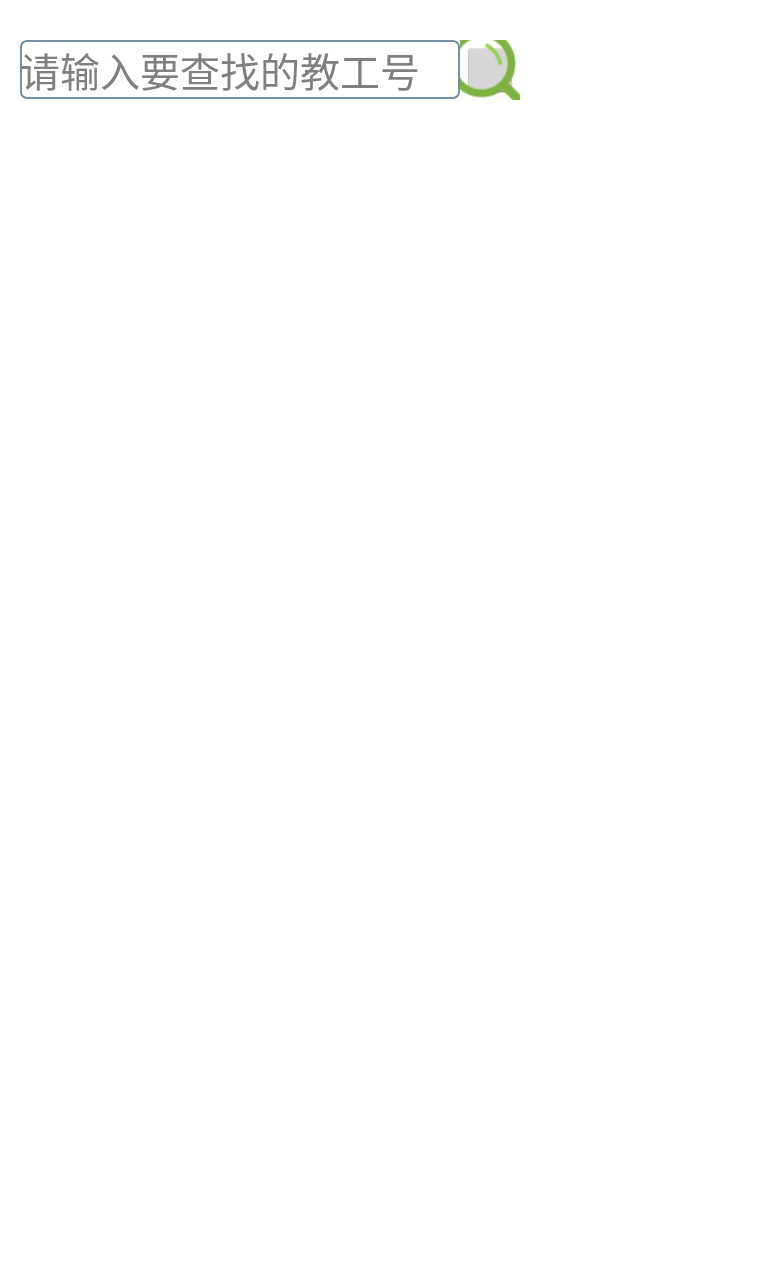
Repository: 15862175370/MyProject
Layout: 毕业设计系统源码_李伟/client/TeachSystem/res/layout/serchteacher.xml
These files come from the project's save history. The layout is drawn as it stood at one moment and after the next save; the edit follows.
It is drawn on a 768 x 1280 px phone screen (xhdpi) without system bars, with theme AppTheme; the app's code is not run. Lists and similar views that code fills are empty.

Above is the layout before, as saved 2016-05-20 10:18:16.

After the next save:
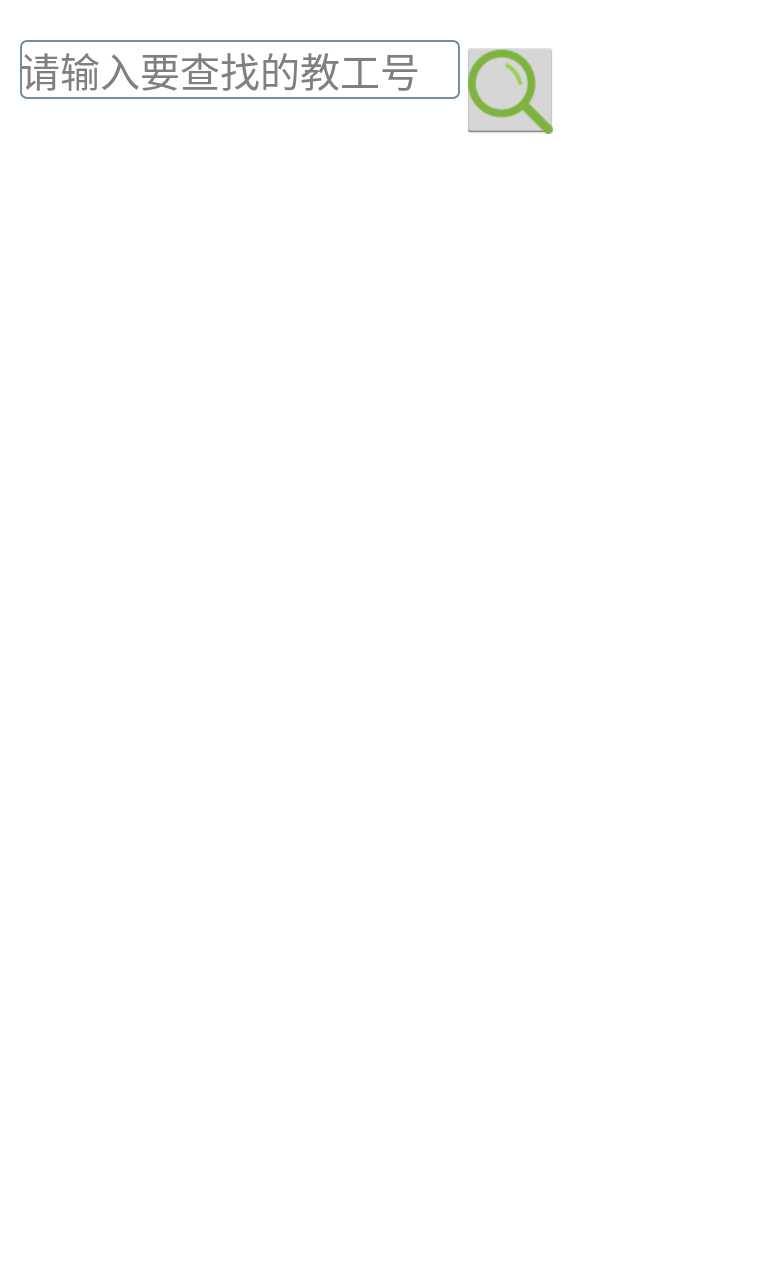
Saved 14 s later.
--- a/毕业设计系统源码_李伟/client/TeachSystem/res/layout/serchteacher.xml
+++ b/毕业设计系统源码_李伟/client/TeachSystem/res/layout/serchteacher.xml
@@ -22,8 +22,8 @@
          android:background="@drawable/biankuang"
             />
     <ImageButton
-     android:layout_height="30dp"
-     android:layout_width="30dp"
+     android:layout_height="50dp"
+     android:layout_width="50dp"
      android:src="@drawable/soso"
         />
     </LinearLayout>
